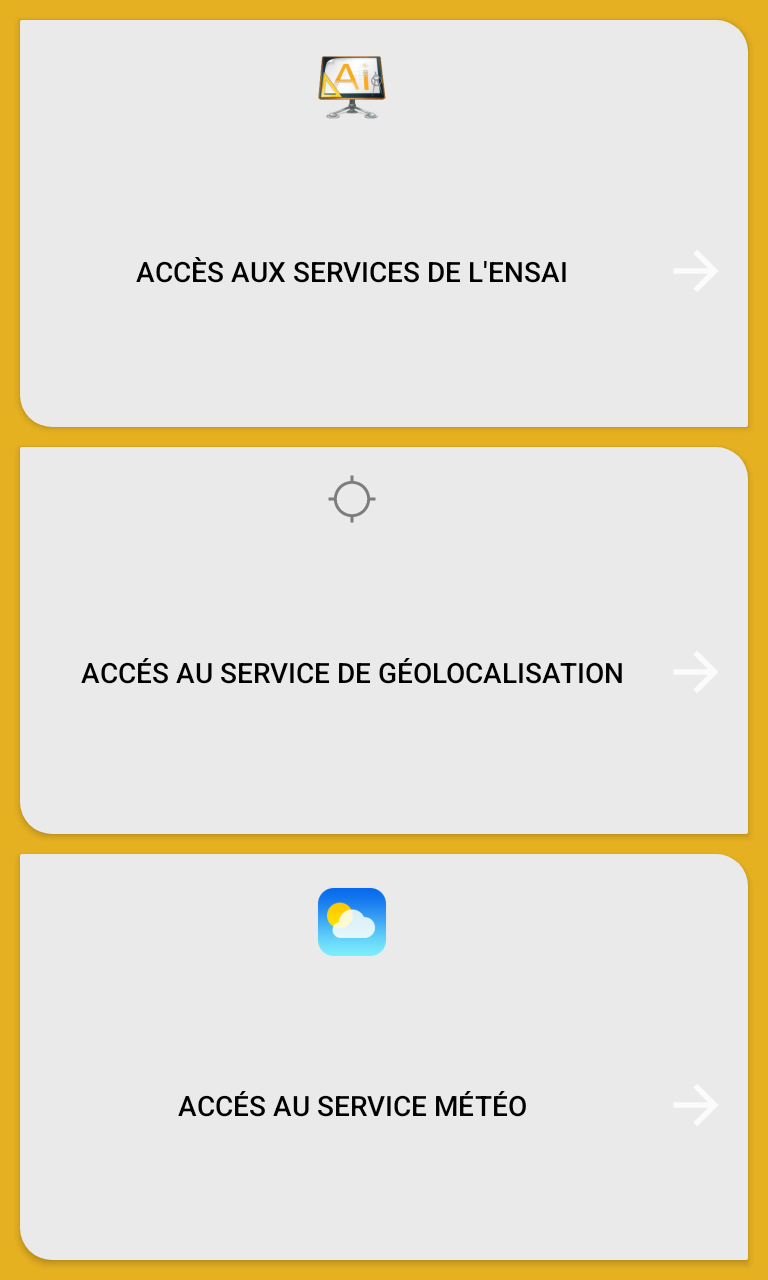
Repository: cpluuuusplus/WhoWantsKitKat
Layout: AppliPlus/res/layout/activity_menu_principal.xml
The author's editor kept a copy of each file at every save. The layout is drawn from the files as they stood at one save, then again after the next save.
It is drawn on a 768 x 1280 px phone screen (xhdpi) without system bars, with theme Theme.AppCompat.Light; the app's code is not run.

Above is the layout before, as saved 2014-05-12 16:38:36.

After the next save:
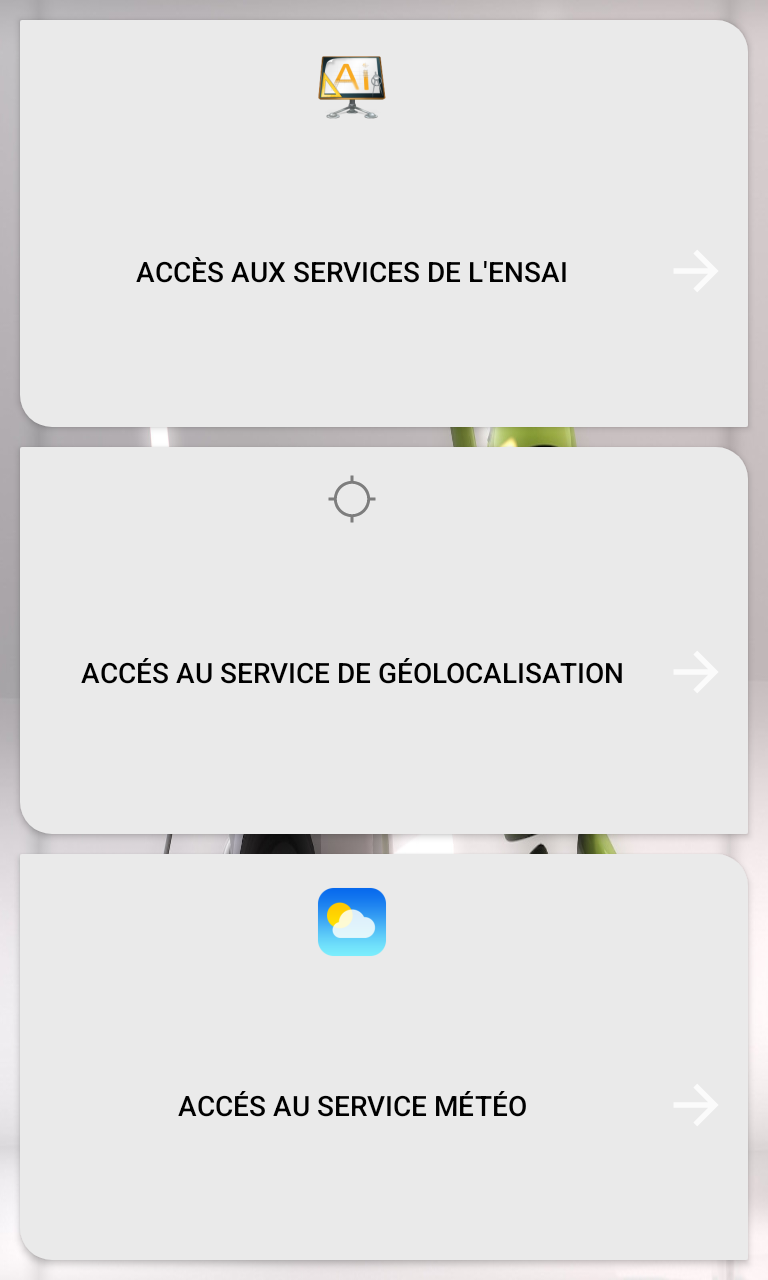
Saved 2 min 37 s later.
--- a/AppliPlus/res/layout/activity_menu_principal.xml
+++ b/AppliPlus/res/layout/activity_menu_principal.xml
@@ -2,7 +2,7 @@
 <LinearLayout xmlns:android="http://schemas.android.com/apk/res/android"
     android:layout_width="match_parent"
     android:layout_height="match_parent"
-    android:background="@color/gold"
+    android:background="@drawable/background"
     android:orientation="vertical" >
 
     <Button
